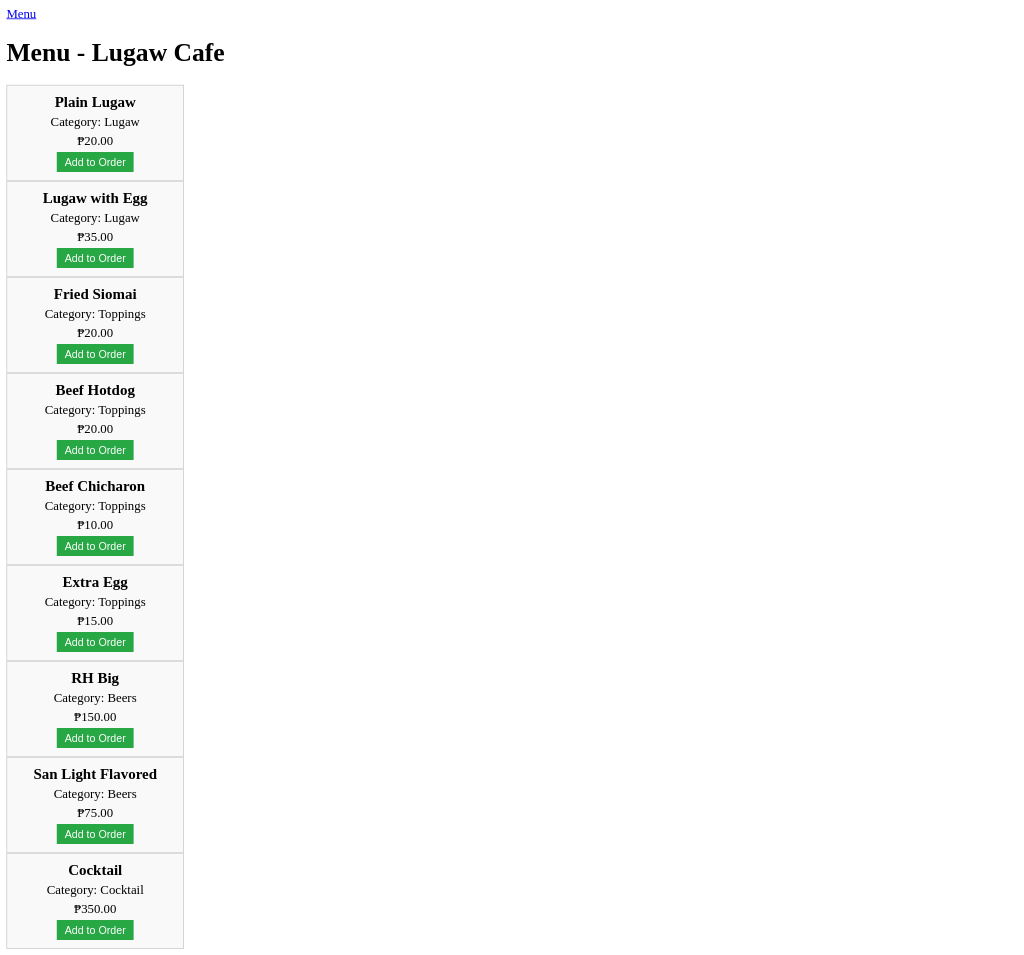
Repository: Jijiluzana225/lugawan_pitlane
Page: http://localhost/menu/
An editor plug-in stored every save of this project. The page is shown before and after a run of saves, followed by the edit.
The browser window is 1280 px wide. The pictures show the whole page, at 80% of full size.
The page is served by the project's application, run on Django 5.2 (manage.py). The page reads the database file committed with the project.

Above is the page before, as saved 2025-03-06 09:02:47.

After the next 2 saves:
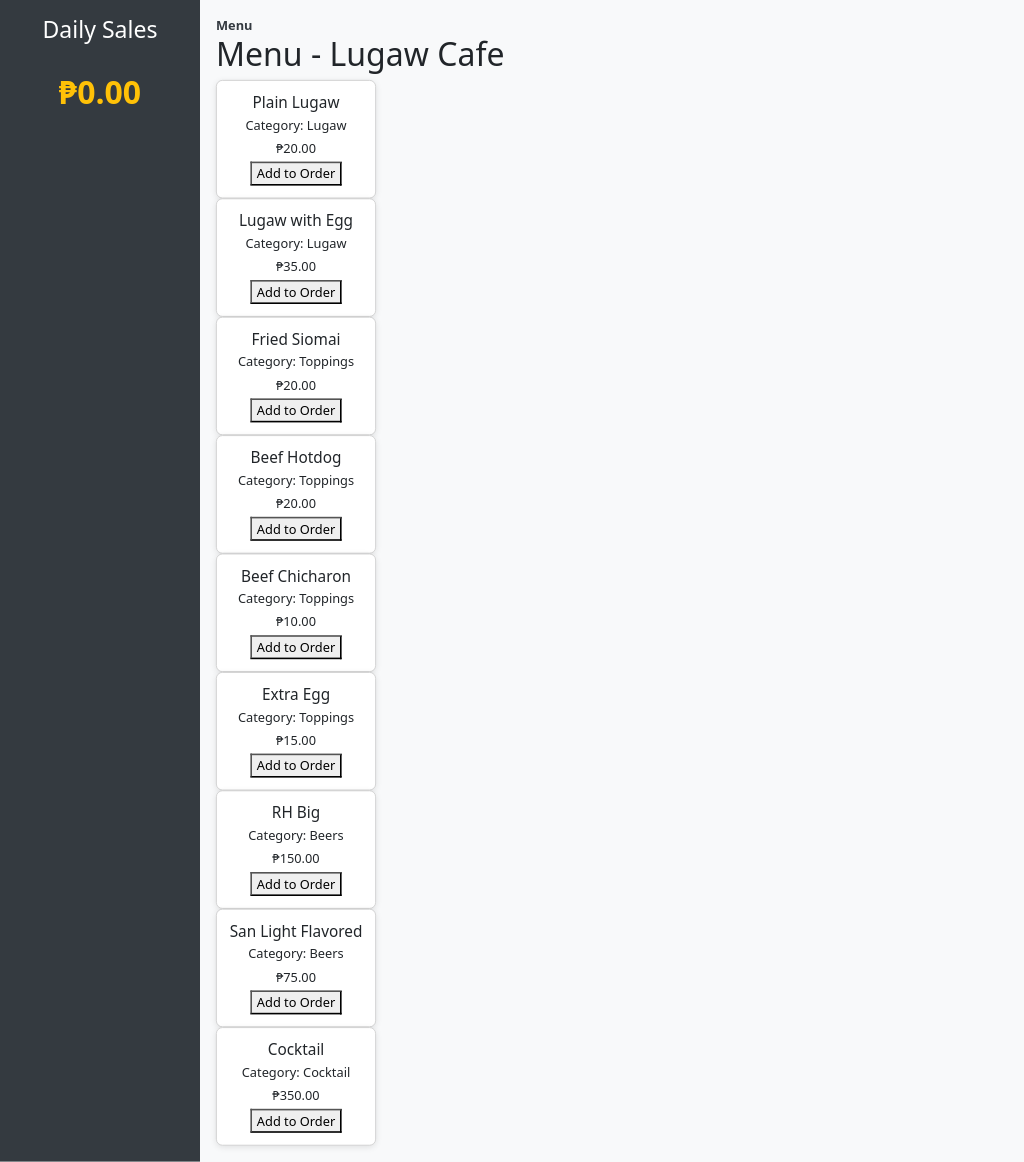
The 2 saves are shown as one change because 1 did not build or start.
The last was saved 4 min 9 s later.
--- a/pos/templates/pos/base.html
+++ b/pos/templates/pos/base.html
@@ -4,7 +4,42 @@
     <meta charset="UTF-8">
     <meta name="viewport" content="width=device-width, initial-scale=1.0">
     <title>{% block title %}Lugaw Cafe POS{% endblock %}</title>
+
+    <!-- Bootstrap CSS -->
+    <link href="https://cdnjs.cloudflare.com/ajax/libs/bootstrap/5.3.0/css/bootstrap.min.css" rel="stylesheet">
+
     <style>
+        body {
+            display: flex;
+            min-height: 100vh;
+            background-color: #f8f9fa;
+        }
+
+        .sidebar {
+            width: 250px;
+            background: #343a40;
+            color: #fff;
+            padding: 20px;
+        }
+
+        .sidebar h2 {
+            font-size: 1.8rem;
+            text-align: center;
+            margin-bottom: 30px;
+        }
+
+        .total-orders {
+            font-size: 2.5rem;
+            font-weight: bold;
+            color: #ffc107;
+            text-align: center;
+        }
+
+        .main-content {
+            flex: 1;
+            padding: 20px;
+        }
+
         .catalog {
             display: flex;
             flex-wrap: wrap;
@@ -14,39 +49,68 @@
 
         .product {
             border: 1px solid #ccc;
-            padding: 10px;
+            padding: 15px;
             width: 200px;
             text-align: center;
-            background-color: #f9f9f9;
+            background-color: #ffffff;
+            border-radius: 8px;
+            box-shadow: 0 2px 8px rgba(0, 0, 0, 0.1);
+            transition: transform 0.2s ease-in-out;
+        }
+
+        .product:hover {
+            transform: scale(1.05);
         }
 
         .product h3 {
             margin: 0;
+            font-size: 1.2rem;
+            color: #212529;
         }
 
         .product p {
             margin: 5px 0;
         }
 
-        button {
+        .btn-add {
             background-color: #28a745;
             color: white;
             border: none;
-            padding: 5px 10px;
-            cursor: pointer;
+            padding: 8px 12px;
+            border-radius: 5px;
+            transition: background-color 0.2s ease-in-out;
         }
 
-        button:hover {
+        .btn-add:hover {
             background-color: #218838;
         }
+
+        nav a {
+            margin-right: 15px;
+            text-decoration: none;
+            color: #343a40;
+            font-weight: bold;
+        }
     </style>
-
 </head>
 <body>
-    <nav>
-        <a href="{% url 'menu' %}">Menu</a>
 
-    </nav>
-    {% block content %}{% endblock %}
+    <!-- Sidebar with total orders -->
+    <div class="sidebar">
+        <h2>Daily Sales</h2>
+        <div class="total-orders">
+            ₱{{ total_sales|default:"0.00" }}
+        </div>
+    </div>
+
+    <div class="main-content">
+        <nav>
+            <a href="{% url 'menu' %}">Menu</a>
+
+        </nav>
+
+        {% block content %}{% endblock %}
+    </div>
+
 </body>
 </html>
